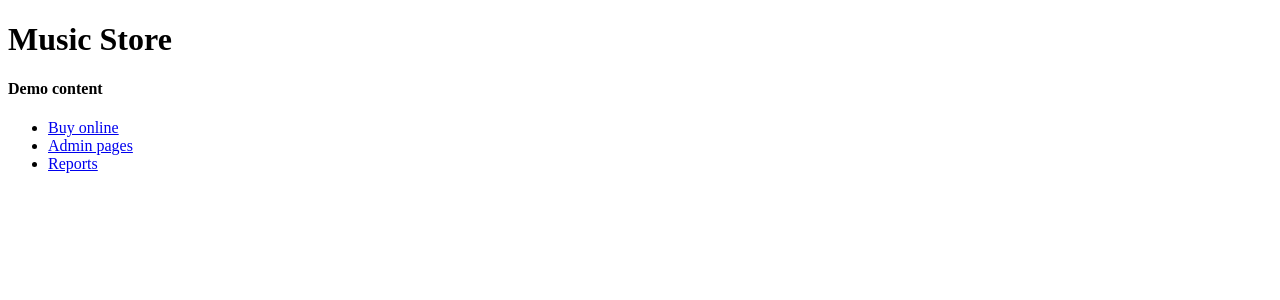
Repository: OnlyLight/Dua_Thu
Page: http://localhost/MusicStore/
An editor plug-in stored every save of this project. The page is shown before and after the next save, followed by the edit.
The browser window is 1280 px wide. The pictures show the whole page.
The page is served by Tomcat 9. Other server files are loaded and not shown.

Above is the page before, as saved 2018-05-13 03:09:35.

### JavaWeb/MusicStore/src/main/webapp/WEB-INF/views/index.jsp
<%@ page language="java" contentType="text/html; charset=ISO-8859-1"
	pageEncoding="ISO-8859-1"%>
<!DOCTYPE html PUBLIC "-//W3C//DTD HTML 4.01 Transitional//EN" "http://www.w3.org/TR/html4/loose.dtd">
<html>
<head>
<meta http-equiv="Content-Type" content="text/html; charset=ISO-8859-1">
<title>Insert title here</title>
</head>
<body>

	<h1>Music Store</h1>

	<div>
		<h4>Demo content</h4>

		<ul>
			<li><a href="#">Buy online</a></li>
			<li><a href="#">Admin pages</a></li>
			<li><a href="#">Reports</a></li>
		</ul>
	</div>
</body>
</html>

After the next save:
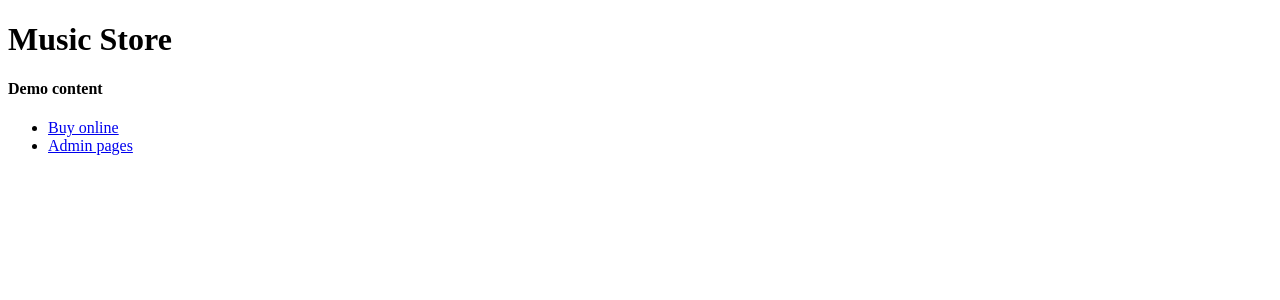
Saved 45 s later.
--- a/JavaWeb/MusicStore/src/main/webapp/WEB-INF/views/index.jsp
+++ b/JavaWeb/MusicStore/src/main/webapp/WEB-INF/views/index.jsp
@@ -16,7 +16,6 @@
 		<ul>
 			<li><a href="#">Buy online</a></li>
 			<li><a href="#">Admin pages</a></li>
-			<li><a href="#">Reports</a></li>
 		</ul>
 	</div>
 </body>
